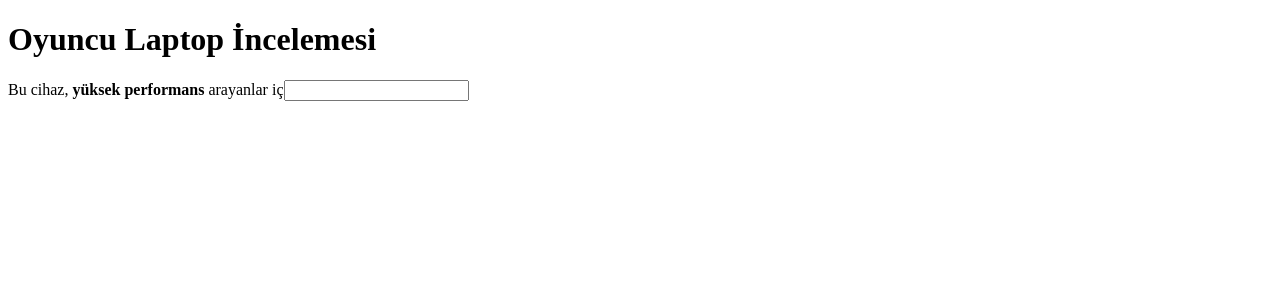
Repository: BeritanBlgn/web-yazilim-muhendisligi
Page: Modul_1/Ders_3/1.3.6_gorev2.html
An editor plug-in stored every save of this project. The page is shown before and after a run of saves, followed by the edit.
The browser window is 1280 px wide. The pictures show the whole page.

Above is the page before, as saved 2026-10-09 22:30:26.

After the next 2 saves:
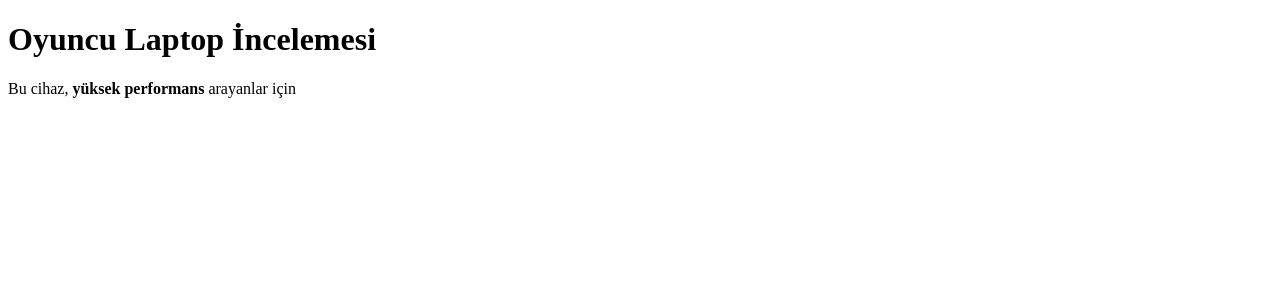
The 2 saves are shown as one change because they came seconds apart.
The last was saved 11 s later.
--- a/Modul_1/Ders_3/1.3.6_gorev2.html
+++ b/Modul_1/Ders_3/1.3.6_gorev2.html
@@ -10,7 +10,7 @@
         Oyuncu Laptop İncelemesi
     </h1>
     <p>
-        Bu cihaz, <strong>yüksek performans</strong> arayanlar iç<input type="text" name="" id="">
+        Bu cihaz, <strong>yüksek performans</strong> arayanlar için
     </p>
 </body>
 </html>
